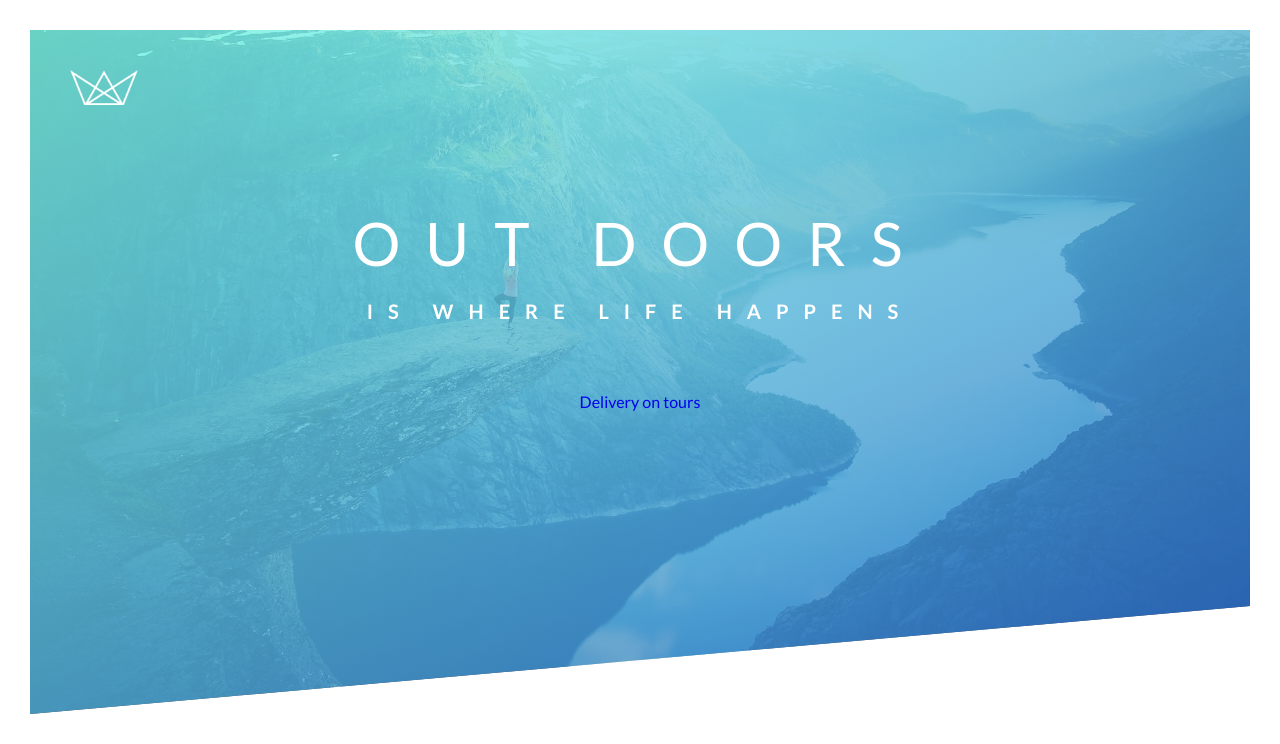
Repository: haokiet2501/natours-page
Page: index.html
These files come from the project's save history. The page is drawn as it stood at one moment and after the next save; the edit follows.
The browser window is 1280 px wide. The pictures show the whole page.

Above is the page before, as saved 2022-07-31 19:24:21.

### index.html
<!DOCTYPE html>
<html lang="en">
<head>
    <meta charset="UTF-8">
    <meta http-equiv="X-UA-Compatible" content="IE=edge">
    <meta name="viewport" content="width=device-width, initial-scale=1.0">
    <link rel="shortcut icon" href="img/favicon.png" type="image/x-icon">
    <link rel="stylesheet" href="styles.css">
    <title>Natours</title>
</head>
<body>
    <header class="header">
        <div class="logo">
            <img src="img/logo-white.png" alt="Logo" class="logo-img">
        </div>
        <div class="heading">
            <h1 class="heading-text">
                <span class="heading-subtitle">
                    Out doors
                </span>
                <span class="heading-subtext">
                    is where life happens
                </span>
            </h1>

            <a href="#" class="btn btn-white">Delivery on tours</a>
        </div>
    </header>
</body>
</html>

### styles.css
@import url('https://fonts.googleapis.com/css2?family=Lato:wght@300;400;700;900&display=swap');

* {
    margin: 0;
    padding: 0;
    box-sizing: border-box;
}

:root {
    --lighten-blue: #69ffd7;
    --medium-blue: #3badd4;
    --dark-blue: #1b92c2;
}

body {
    font-family: "Lato", sans-serif;
    line-height: 1.7;
    font-weight: 400;
    font-size: 16px;
    color: #777;
    padding: 30px;
}

html {
    scroll-behavior: smooth;
}

.header {
    position: relative;
    height: 95vh;
    background-image: linear-gradient(
        to right bottom,
        rgba(126, 255, 232, 0.8),
        rgba(40, 107, 208, 0.8)
        ) ,url("./img/hero.jpg");
    background-size: cover;
    background-position: top;
    clip-path: polygon(0 0, 100% 0, 100% 80vh, 0 100%);
}

.logo {
    position: absolute;
    top: 40px;
    left: 40px;
}

.logo-img {
    height: 35px;
}

.heading {
    position: absolute;
    top: 40%;
    left: 50%;
    transform: translate(-50%, -50%);
    text-align: center;
}

.heading-text {
    color: #fff;
    text-transform: uppercase;
    backface-visibility: hidden;

    margin-bottom: 60px;
}

.heading-subtitle {
    display: block;
    font-size: 60px;
    font-weight: 400;
    letter-spacing: 25px;
    animation: 1s moveLeft ease-out;
}

.heading-subtext {
    display: block;
    font-size: 20px;
    font-weight: 700;
    letter-spacing: 15px;
    animation: 1s moveRight ease-out;
}

@keyframes moveLeft{
    0% {
        opacity: 0;
        transform: translateX(-100px);
    }
    80% {
        transform: translateX(20px);
    }
    100% {
        opacity: 1;
        transform: translate(0);
    }
}

@keyframes moveRight{
    0% {
        opacity: 0;
        transform: translateX(100px);
    }
    80% {
        transform: translateX(-20px);
    }
    100% {
        opacity: 1;
        transform: translate(0);
    }
}

.btn:link,
.btn:visited {
    text-decoration: none;
    tex
}

After the next save:
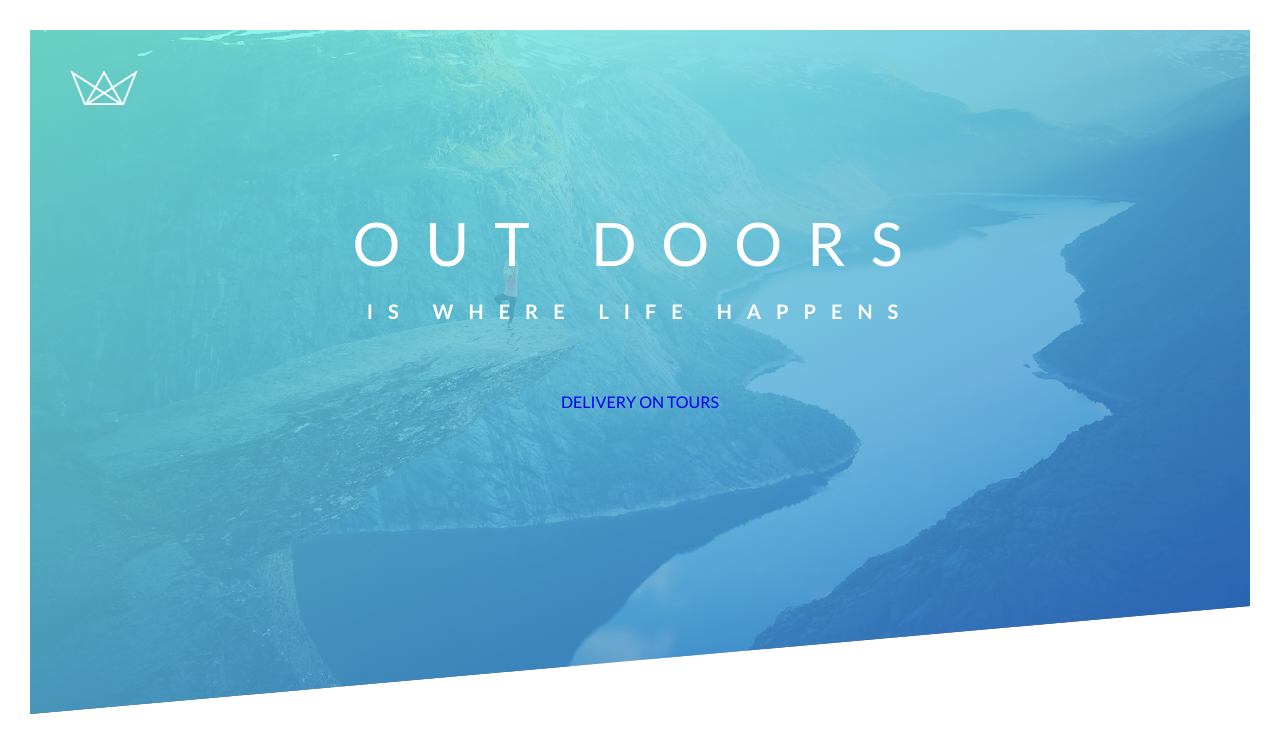
Saved 4 s later.
--- a/styles.css
+++ b/styles.css
@@ -111,5 +111,5 @@ html {
 .btn:link,
 .btn:visited {
     text-decoration: none;
-    tex
+    text-transform: uppercase;
 }
